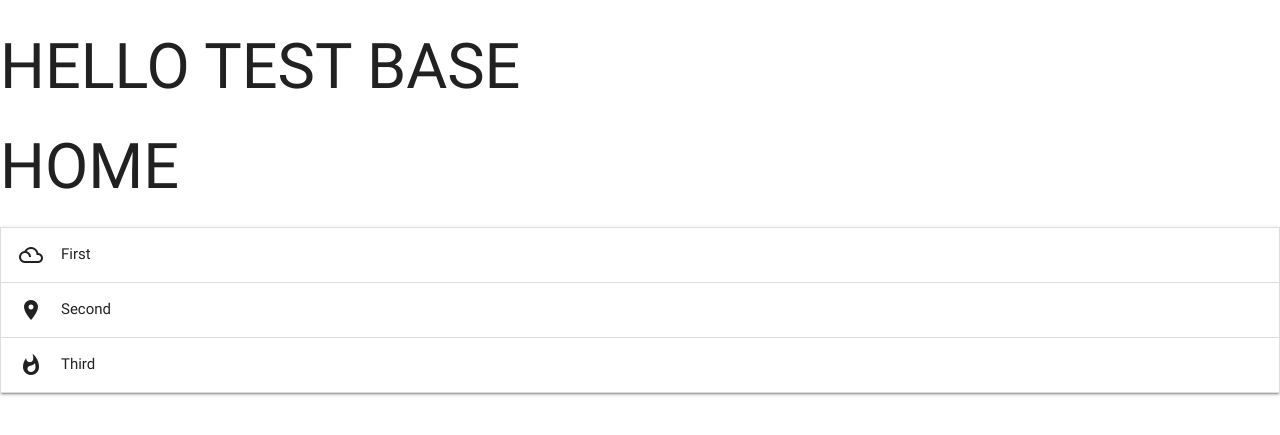
Repository: Ario124/calisthenics-project
Page: http://localhost/
The author's editor kept a record of every edit. The page is drawn from the files as they stood at one moment, then again after the next edit.
The browser window is 1280 px wide. The pictures show the whole page.
The page is served by the project's application, run on Flask 3 (app.py). Queries for data that is not in the repository find no rows.

Above is the page before.

After the next edit:
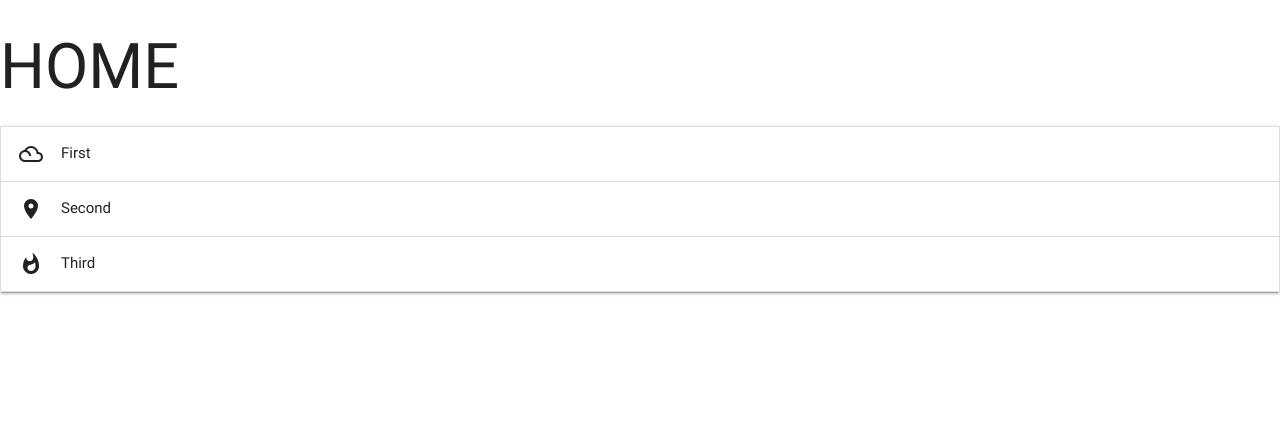
The edit:
--- a/templates/base.html
+++ b/templates/base.html
@@ -7,7 +7,6 @@
     <title>BASE TESTING</title>
 </head>
 <body>
-    <h1>HELLO TEST BASE</h1>
 <header>
 
 </header>
